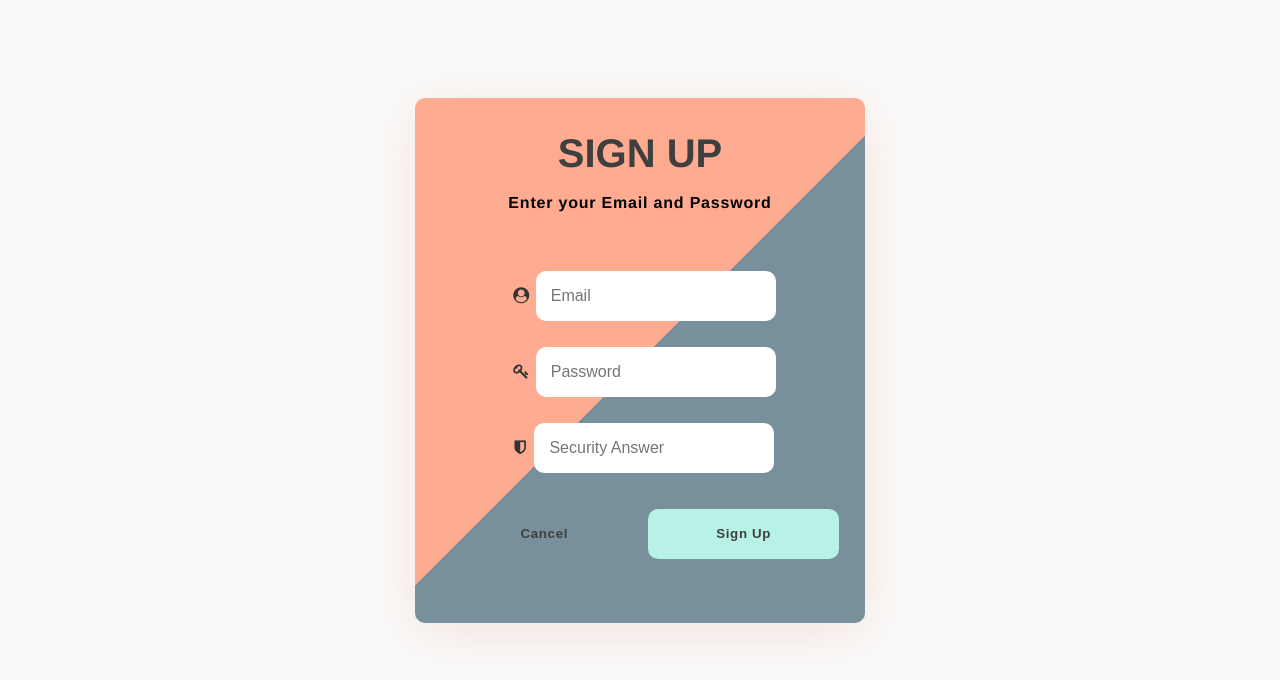
Repository: DhanushPrabha22/Zoho-Mini-Project
Page: http://localhost/ToDo_List/sign_up.jsp
The author's editor kept a copy of each file at every save. The page is drawn from the files as they stood at one save, then again after the next save.
The browser window is 1280 px wide. The pictures show the whole page.
Some web libraries are served in a nearby version. The page is served by Tomcat 9. Other server files are loaded and not shown.

Above is the page before, as saved 2021-03-17 10:42:17.

### Todo Eclipse/ToDo_List/WebContent/sign_up.jsp
<!--

sign_up.jsp

java version "1.8.0_45"

Created By Dhanush L

-->

<%@taglib uri="http://struts.apache.org/tags-html" prefix="html"%>
<!DOCTYPE html>
<html>
<head>
	<title>To-Do</title>
	<link rel="icon" href="resources/appIcon.png">
	<link rel="stylesheet" type="text/css" href="styles/sign_in.css" />
	<link rel="stylesheet" href="https://cdnjs.cloudflare.com/ajax/libs/font-awesome/4.7.0/css/font-awesome.min.css">
	<script src="https://ajax.googleapis.com/ajax/libs/jquery/2.1.1/jquery.min.js"></script>
	<script src="scripts/sign_up.js"></script>
</head>
<body>
	<div class="main-div">
		<!--   con = Container  for items in the form-->
		<div class="con">
			<!--     Start  header Content  -->
			<header class="head-form">
				<h2>SIGN UP</h2>
				<!--     A welcome message or an explanation of the login form -->
				<br>
				<p><b>Enter your Email and Password</b></p>
			</header>
			<br>
			<div class="field-set">
				<html:form action="signingup" method="post">

					<!--user name -->
					<html:errors property="email_e"/><br>
					<span class="input-item"><i class="fa fa-user-circle"></i></span>
					<html:text styleClass="form-input" property="email" styleId="email"/><br>

					<!--Password -->
					<html:errors property="password_e"/><br>
					<span class="input-item"><i class="fa fa-key"></i></span>
					<html:password styleClass="form-input" property="password" styleId="pwd"/><br>

					<html:errors property="security_e"/><br>
					<div class="tooltip">
						<span class="input-item"><i class="fa fa-shield"></i></span>
						<span class="tooltiptext"><b>Enter the correct answer</b><br><br><b>1.</b> What is your favorite sport?<br><b>2.</b> What is your pet name?<br><b>3.</b> What is your favorite city?</span>
					</div>
					<html:text styleClass="form-input" property="security" styleId="sec"/>

					<br><br><br>
					<div class="other">
						<button class="button submits frgt-pass" onclick="cancel()">Cancel</button>
						<html:submit styleClass="sign-up submits button" value="Sign Up"/>
					</div>
				</html:form>
			</div>
		<!--   End Container  -->
		</div>
	<!-- End Form -->
	</div>
</body>
</html>

### Todo Eclipse/ToDo_List/WebContent/styles/sign_in.css

* {
    padding: 0;
    margin: 0;
    box-sizing: border-box;
}

body {
  font-family: Helvetica, san-serif;
  overflow-x: hidden;
  overflow-y: hidden;
  background-color: #fafafa;
}

.main-div{
	box-shadow: 0 9px 50px hsla(20, 67%, 75%, 0.31);
	position: absolute;
	margin: auto;
  	top: 0;
  	right: 0;
  	bottom: 0;
  	left: 0;
	width: 450px;
	background-image: linear-gradient(-225deg, #FFAB91 50%, #78909C 50%);
    height: 525px;
	text-align:center;
    border-radius: 10px;
    padding: 2%;
}

.field-set{
	margin-top: -25px;
}

/* the header form form */
header {
    margin: 2% auto 10% auto;
    text-align: center;
}
/* Login title form form */
header h2 {
    font-size: 250%;
    color: #3e403f;
}
/*  A welcome message or an explanation of the login form */
header p {letter-spacing: 0.05em;}


.input-item {
    background: transparent;
    color: #333;
    padding: 14.5px 0px 15px 9px;
    margin-right: 2px;
}

.tooltip {
  position: relative;
  display: inline-block;
  margin-right: 2px;
}

.tooltip .tooltiptext {
  visibility: hidden;
  width: 225px;
  background-color: #37474F;
  color: #fff;
  text-align: center;
  border-radius: 6px;
  padding: 5px 0;

  /* Position the tooltip */
  position: absolute;
  z-index: 1;
}

.tooltip:hover .tooltiptext {
  visibility: visible;
}


/* inputs form  */
.form-input{
    width: 240px;
    height: 50px;
    margin-top: 2%;
    padding: 15px;
    font-size: 16px;
    font-family: 'Abel', sans-serif;
    color: #5E6472;
    outline: none;
    border: none;
    border-radius: 10px;
    transition: 0.2s linear;

}

.form-input:focus {
    transform: translateX(-2px);
    border-radius: 5px;
}


.button {
    display: inline-block;
    color: #3e403f;
    width: 280px;
    height: 50px;
    padding: 0 20px;
    background: #fff;
    border-radius: 10px;
    outline: none;
    border: none;
    cursor: pointer;
    text-align: center;
    transition: all 0.2s linear;
    font-weight: bold;
    margin: 0 auto;
    letter-spacing: 0.05em;
}
/* Submits */
.submits {
    width: 48%;
    display: inline-block;
    float: left;
    margin-left: 2%;
}

/* Forgot Password button FAF3DD  */
.frgt-pass {background: transparent;}

/*     Sign Up button  */
.sign-up {background: #B8F2E6;}


/* buttons hover */
.button:hover {
    transform: translatey(3px);
    box-shadow: none;
}

/* buttons hover Animation */
.button:hover {
    animation: ani9 0.4s ease-in-out infinite alternate;
}
@keyframes ani9 {
    0% {
        transform: translateY(3px);
    }
    100% {
        transform: translateY(5px);
    }
}

### Todo Eclipse/ToDo_List/WebContent/scripts/sign_up.js
$(function() {
    $("#email").attr("placeholder", "Email");
    $("#pwd").attr("placeholder", "Password");
    $("#sec").attr("placeholder", "Security Answer");
});

function cancel(){
	document.location.href='/ToDo_List/sign_in.jsp';
}

After the next save:
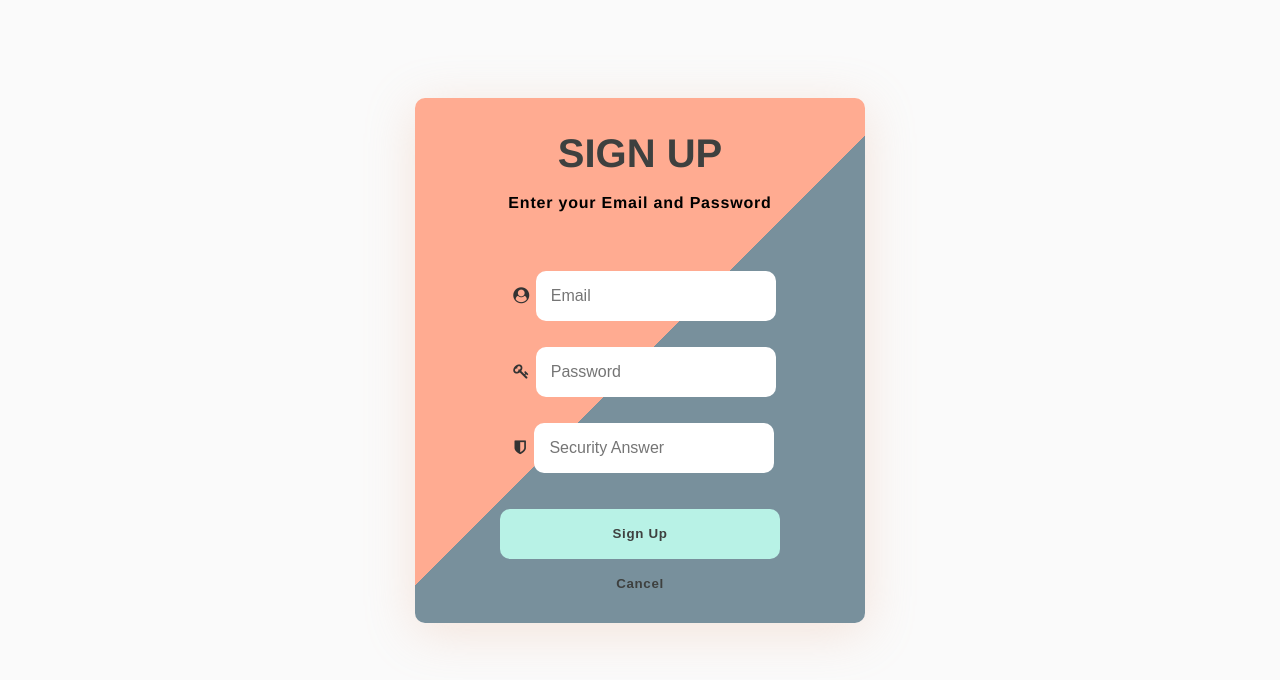
Saved 3 min 29 s later.
--- a/Todo Eclipse/ToDo_List/WebContent/sign_up.jsp
+++ b/Todo Eclipse/ToDo_List/WebContent/sign_up.jsp
@@ -52,11 +52,9 @@ Created By Dhanush L
 					<html:text styleClass="form-input" property="security" styleId="sec"/>
 
 					<br><br><br>
-					<div class="other">
-						<button class="button submits frgt-pass" onclick="cancel()">Cancel</button>
-						<html:submit styleClass="sign-up submits button" value="Sign Up"/>
-					</div>
+					<html:submit styleClass="sign-up button" value="Sign Up"/>
 				</html:form>
+				<button class="button frgt-pass" onclick="cancel()">Cancel</button>
 			</div>
 		<!--   End Container  -->
 		</div>
